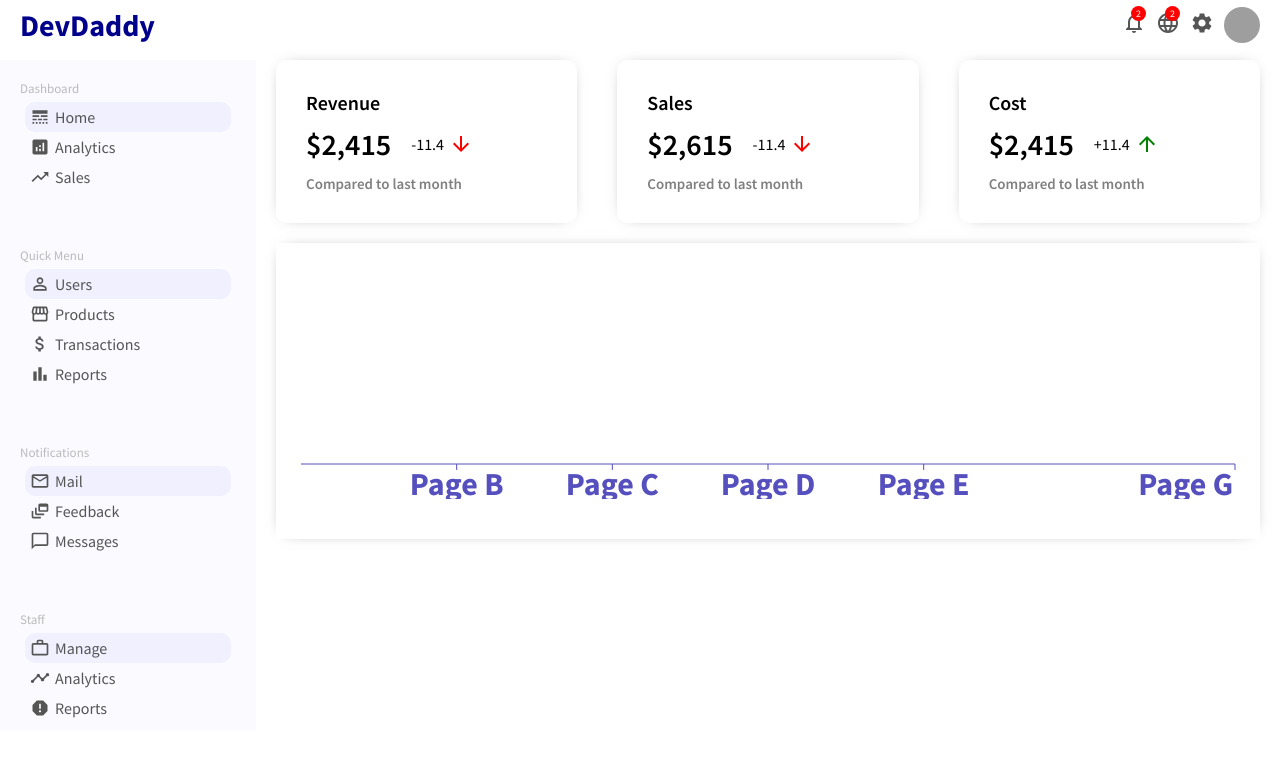
Repository: Marhamat92/react-admin-dashboard
Page: /
The author's editor kept a copy of each file at every save. The page is drawn from the files as they stood at one save, then again after the next save.
The browser window is 1280 px wide. The pictures show the whole page.
Pictures or frames that could not be fetched are drawn as grey boxes. The project was rebuilt for these pictures with package versions that can differ from the ones it lists, and the page was loaded fresh each time.

Above is the page before, as saved 2023-02-08 13:41:37.

After the next save:
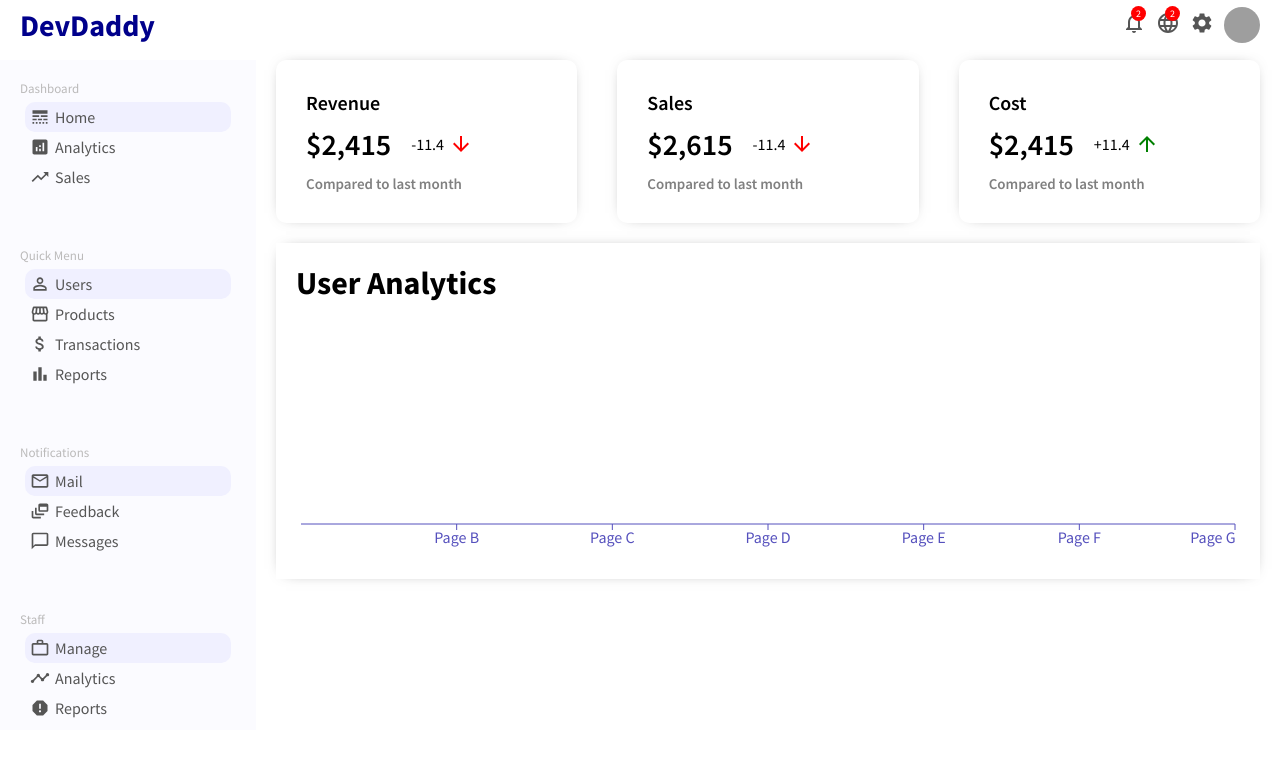
Saved 87 s later.
--- a/src/components/chart/Chart.js
+++ b/src/components/chart/Chart.js
@@ -56,13 +56,14 @@ function Chart() {
   return (
     <div className='chart'>
       <h1 className='chartTitle' >
-        <ResponsiveContainer width="100%" aspect={4 / 1} >
-          <LineChart data={data}>
-            <XAxis dataKey="name" stroke="#5550bd" />
+        User Analytics
+      </h1>
+      <ResponsiveContainer width="100%" aspect={4 / 1} >
+        <LineChart data={data}>
+          <XAxis dataKey="name" stroke="#5550bd" />
 
-          </LineChart>
-        </ResponsiveContainer>
-      </h1>
+        </LineChart>
+      </ResponsiveContainer>
     </div>
   )
 }
